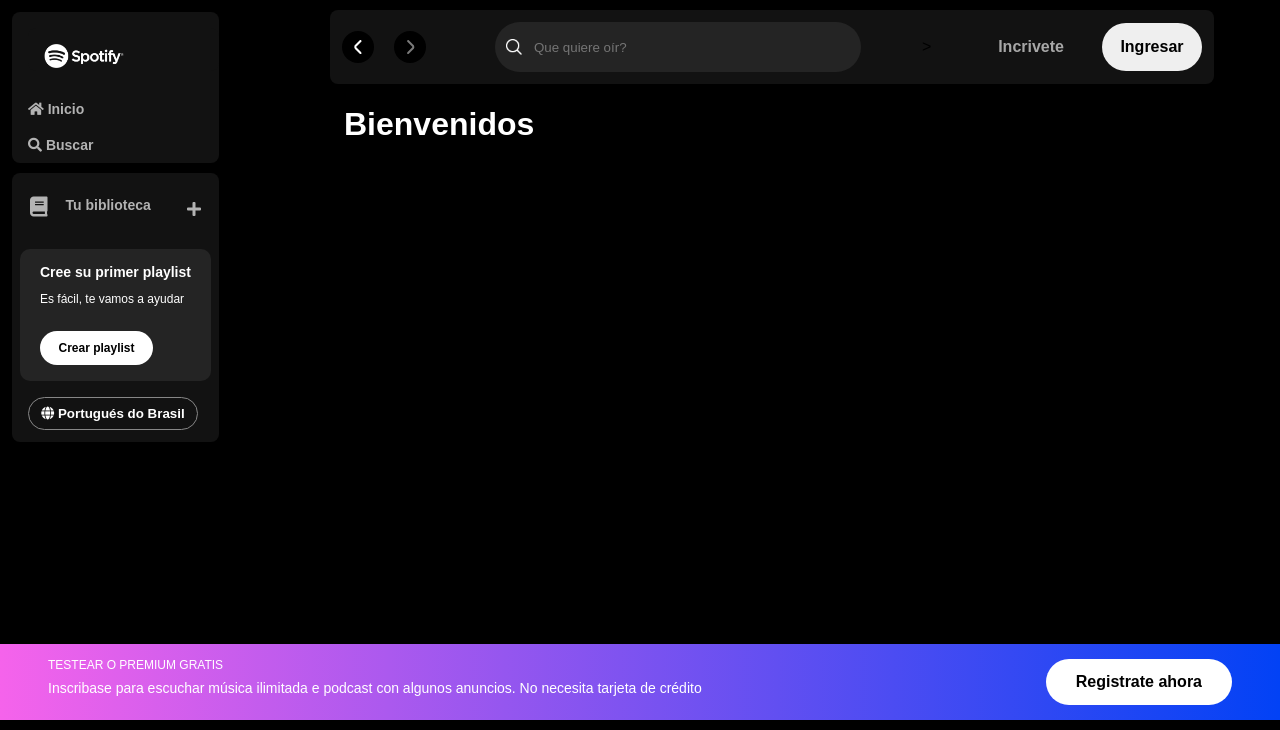
Repository: AnaFzCz/PROYECTO-SPOTIFY
Page: index.html
The author's editor kept a copy of each file at every save. The page is drawn from the files as they stood at one save, then again after the next save.
The browser window is 1280 px wide. The pictures show the whole page.

Above is the page before, as saved 2025-01-30 16:13:58.

### index.html
<!DOCTYPE html>
<html lang="en">

<head>
    <meta charset="UTF-8">
    <meta name="viewport" content="width=device-width, initial-scale=1.0">
    <title>Spotify Inmersión</title>
    <link rel="stylesheet" href="./src/styles/reset.css">
    <link rel="stylesheet" href="./src/styles/vars.css">
    <link rel="stylesheet" href="./src/styles/sidebar-footer.css">
    <link rel="stylesheet" href="./src/styles/main.css">
    <link rel="stylesheet" href="https://use.fontawesome.com/releases/v5.15.4/css/solid.css"
        integrity="sha384-Tv5i09RULyHKMwX0E8wJUqSOaXlyu3SQxORObAI08iUwIalMmN5L6AvlPX2LMoSE" crossorigin="anonymous" />
    <link rel="stylesheet" href="https://use.fontawesome.com/releases/v5.15.4/css/fontawesome.css"
        integrity="sha384-jLKHWM3JRmfMU0A5x5AkjWkw/EYfGUAGagvnfryNV3F9VqM98XiIH7VBGVoxVSc7" crossorigin="anonymous" />
</head>

<body>
    <div class="sidebar">
        <nav class="sidebar_navigation">
            <div>
                <div class="logo">
                    <a href="">
                        <img src="./src/assets/icons/logo-spotify.png" alt="logo-spotify">
                    </a>

                </div>
                <div>
                    <ul>
                        <li>
                            <a href="">
                                <span class="fa fa-home"></span>
                                <span>Inicio</span>
                            </a>
                        </li>

                        <li>
                            <a href="">
                                <span class="fa fa-search"></span>
                                <span>Buscar</span>
                            </a>
                        </li>
                    </ul>
                </div>
            </div>

        </nav>
        <div class="biblioteca">
            <div class="biblioteca_contenido">
                <button class="biblioteca_button">
                    <span class="fa fas fa-book"></span>
                    <span>Tu biblioteca</span>
                </button>
                <span class="fa fa-plus"></span>
            </div>
            <section class="seccion_playlist">
                <div class="seccion_playlist_contenido">
                    <span class="text title"> Cree su primer playlist</span>
                    <span class="text subtitle">Es fácil, te vamos a ayudar</span>
                    <button class="seccion_play_button">
                        <span> Crear playlist</span>
                    </button>
                </div>
            </section>
            <div class="cookies">
                <a href=""></a>
            </div>
            <div class="lenguajes">
                <button class="lenguajes_button">
                    <span class="fa fa-globe"></span>
                    <span>Portugués do Brasil</span>
                </button>
            </div>
        </div>
    </div>
    <main>
        <div class="main-container">
            <nav class="header-navigation">
                <div class="navigation">
                    <button class="arrow-left">
                        <img src="./src/assets/icons/small-left.png" alt="izquierda">
                    </button>
                    <button class="arrow-right">
                        <img src="./src/assets/icons/small-right.png" alt="derecha">
                    </button>
                </div>
                <div class="header-search">
                    <img src="./src/assets/icons/search.png" alt="">
                    <input id="search-input" type="text" maxlength="800" placeholder="Que quiere oír?" />
                </div>>
                <div class="header-login">
                    <button class="suscribete">Incrivete</button>
                    <button class="login">Ingresar</button>
                </div>

            </nav>
            <div class="playlist-container">
                <div id="result-playlist">
                    <div class="playlist">
                        <h1 id="greeting">Bienvenidos</h1>
                        <h2 class="greeting-subtitle"> Navegar por todas las secciones</h2>
                    </div>

                </div>
            </div>
        </div>
    </main>

    <footer class="final_pagina">
        <div class="text">
            <p class="final_pagina_titulo">Testear o Premium gratis</p>
            <p class="final_pagina-subtitulo">Inscribase para escuchar música ilimitada e podcast con algunos anuncios.
                No
                necesita tarjeta de crédito</p>
        </div>
        <div class="button">
            <button type="button">
                Registrate ahora
            </button>
        </div>
    </footer>
</body>

</html>

### src/styles/reset.css
html,
body,
div,
span,
applet,
object,
iframe,
h1,
h2,
h3,
h4,
h5,
h6,
p,
blockquote,
pre,
a,
abbr,
acronym,
address,
big,
cite,
code,
del,
dfn,
em,
img,
ins,
kbd,
q,
s,
samp,
small,
strike,
strong,
sub,
sup,
tt,
var,
b,
u,
i,
center,
dl,
dt,
dd,
ol,
ul,
li,
fieldset,
form,
label,
legend,
table,
caption,
tbody,
tfoot,
thead,
tr,
th,
td,
article,
aside,
canvas,
details,
embed,
figure,
figcaption,
footer,
header,
hgroup,
menu,
nav,
output,
ruby,
section,
summary,
time,
mark,
audio,
video {
  margin: 0;
  padding: 0;
  border: 0;
  font-size: 100%;
  vertical-align: baseline;
}

/* HTML5 display-role reset for older browsers */
article,
aside,
details,
figcaption,
figure,
footer,
header,
hgroup,
menu,
nav,
section {
  display: block;
}

body {
  line-height: 1;
  background: #000;
  font-family: var(--font-dm-sans);
}

ol,
ul {
  list-style: none;
}

blockquote,
q {
  quotes: none;
}

blockquote:before,
blockquote:after,
q:before,
q:after {
  content: "";
  content: none;
}

table {
  border-collapse: collapse;
  border-spacing: 0;
}

button {
  border: none;
  cursor: pointer;
}

### src/styles/vars.css
:root{
    /*FONT*/
    --font-dm-sans:"DM Sans",sans-serif;
    /*COLOR*/
    --bg-icon:#131313;
    --bg-arrow-color:rgba(0,0,0,7);
}

### src/styles/sidebar-footer.css
body {
    background-color: #000;
    font-family: var(--font-dm-sans);
}

h1 {
    color: #fff;
}

.sidebar {
    position: fixed;
    top: 0;
    left: 0;
    bottom: 0;
    padding: 12px;
}

.sidebar_navigation {
    background-color: #121212;
    border-radius: 8px;
    padding: 16px 0 0 16px;
}

.sidebar_navigation .logo {
    background: #121212;
    display: flex;
    border-radius: 8px;
    padding: 16px 0 0 16px;
}

.logo img {
    width: 80px;
}

.sidebar nav ul {
    margin-top: 20px;
    padding: 0 20px 10 x 20 px;
}

.sidebar nav ul li a {
    color: #b3b3b3;
    text-decoration: none;
    font-weight: 600;
    font-size: 14px;

}

.sidebar ul li {
    padding: 10px 0;
}

.biblioteca {
    background-color: #121212;
    border-radius: 8px;
    display: flex;
    justify-content: space-between;
    flex-direction: column;
    padding: 4px 8px;
    color: #b3b3b3;
    font-weight: 600;
    margin-top: 10px;
}

.biblioteca .biblioteca_contenido {
    display: flex;
    justify-content: space-between;
}

.biblioteca .biblioteca_button {
    display: flex;
    margin-right: 10px;
    color: #b3b3b3;
    background-color: transparent;
    border: 0px;
    font-size: 14px;
    font-weight: 700;

    text-align: center;
    text-decoration: none;
    text-transform: none;
    padding: 20px 10px;
}

.biblioteca .biblioteca_button .fa {
    font-size: 20px;
    font-weight: 300;
    color: #b3b3b3;
    margin-right: 10px;
    padding-right: 8px;
}

.biblioteca .biblioteca_contenido .fa-plus {
    margin: 24px 10px;
}

.seccion_playlist {
    display: flex;
    align-items: flex-start;
    justify-content: space-between;
    gap: 20px;
    background-color: #242424;
    color: #b3b3b3;
    font-weight: 600;
    font-size: 14px;
    margin: 8px 0px;
    padding: 16px 20px;
    border-radius: 10px;
}

.seccion_playlist .seccion_playlist_contenido {
    display: flex;
    flex-direction: column;
}

.seccion_playlist_contenido .text {
    padding-bottom: 14px;
    color: #fff;

}

.seccion_playlist_contenido .title {
    font-weight: 700;
}

.seccion_playlist_contenido .subtitle {
    font-weight: 500;
    font-size: 12px;
}

.seccion_playlist_contenido .seccion_play_button {
    display: flex;
    justify-content: center;
    background-color: #fff;
    color: #000;
    border-radius: 20px;
    font-size: 12px;
    font-weight: 700;

    text-decoration: none;
    text-transform: none;
    padding: 10px;
    margin-top: 12px;
    border: 0px;
    width: 113px;
}

.sidebar {
    margin: 25px 20 px;

}

.sidebar .cookies a {
    color: #b3b3b3;
    font-weight: 500;
    font-size: 10px;
    text-decoration: none;
}

.sidebar .cookies a:hover {
    text-decoration: underline;
}

.sidebar .lenguajes_button {
    background-color: transparent;
    border: 1px solid #878787;
    color: #fff;
    font-weight: bold;
    cursor: pointer;
    width: 170px;
    margin: 8px;
    padding: 8px;
    border-radius: 20px;
}

.final_pagina {
    position: fixed;
    bottom: 0;
    left: 0;
    right: 0;
    background: linear-gradient(to right, #F563EB, #0242F5);
    padding: 15px 48px;
    display: flex;
    justify-content: space-between;
}

.final_pagina .final_pagina_titulo {
    color: #ffffff;
    text-transform: uppercase;
    font-weight: 400;
    font-size: 12px;
    margin-bottom: 10px;
}

.final_pagina .final_pagina-subtitulo {

    color: #ffffff;
    font-size: 14px;
    font-weight: 500;
}

.final_pagina button {
    background-color: #ffffff;
    color: #000;
    font-size: 16px;
    font-weight: bold;
    padding: 14px 30px;
    border: 0px;
    border-radius: 40px;
    cursor: pointer;
    flex-shrink: 0;

}

### src/styles/main.css
/*header*/
.main-container {
    max-width: 80vw;
    height: 100vh;
    margin-left: 320px;
    margin-right: 56px;

}

.header-navigation {
    display: flex;
    justify-content: space-between;
    align-items: center;
    padding: 16px;
    margin: 10px;
    border-radius: 8px;
    background: #121212;
    padding: 12px;
}

.header-navigation .navigation {
    display: flex;
    justify-content: space-around;
    align-items: center;
}

.header-navigation .navigation .arrow-left {
    margin-right: 1.25rem;
}

.arrow-left,
.arrow-right {
    display: flex;
    align-items: center;
    justify-content: center;
    width: 32px;
    height: 32px;
    background: var(--bg-icon);
    background-color: var(--bg-arrow-color);
    border-radius: 50%;
    border: none;
    cursor: pointer;
}

.header-login {
    display: flex;
    align-items: center;
}

.header-search {
    display: flex;
    align-items: center;
    width: 364px;
    height: 48px;
    margin-left: 8px;
    background-color: #242424;
    border-radius: 500px;
    border: 1px solid transparent;
}

.header-search img {
    width: 16px;
    height: 16px;
    margin-left: 10px;

}

.header-search input {
    background: transparent;
    border: none;
    padding: 0px 100px 0 12px;
    color: #fff;
    text-overflow: ellipsis;
    overflow: hidden;
    white-space: nowrap;
    outline: none;
}

.header-login .suscribete {
    color: #a7a7a7;
    font-size: 16px;
    font-weight: 700;
    background-color: transparent;
    margin-right: 32px;
}

.header-login .login {
    width: 100px;
    height: 48px;
    color: #000;
    font-size: 16px;
    font-weight: 700;
    border-radius: 40px;

}

.playlist-conteiner {
    height: 68vh;
    padding-top: 16px;
    margin: 10px;
    border-radius: 10px;
    background-color: #121212;
}

.playlist {
    margin: 24px;
}

.playlist #greeting {
    color: #fff;
    font-size: 32px;
    font-weight: 700;
    margin-bottom: 48px;

}

.playlist #greeting-subtitle {
    color: #fff;
    font-size: 24px;
    font-weight: 700;
}

After the next save:
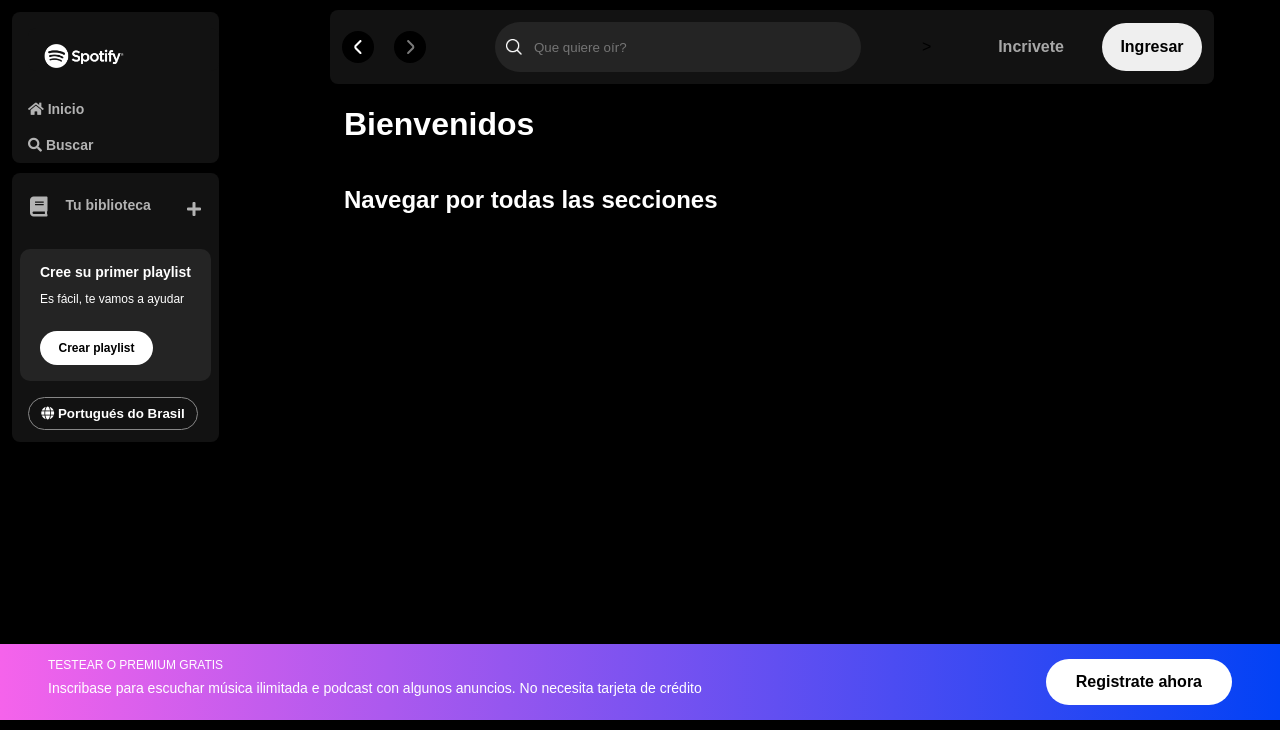
Saved 54 s later.
--- a/src/styles/main.css
+++ b/src/styles/main.css
@@ -114,7 +114,7 @@
 
 }
 
-.playlist #greeting-subtitle {
+.playlist .greeting-subtitle {
     color: #fff;
     font-size: 24px;
     font-weight: 700;
